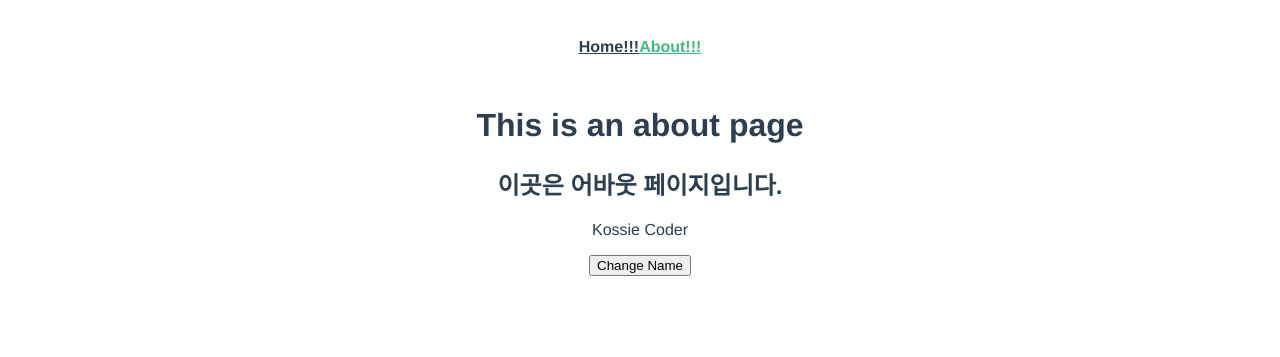
Repository: RyuGeunHwan/code_J
Page: /about (app in vue-router/)
These files come from the project's save history. The page is drawn as it stood at one moment and after a run of saves; the edit follows.
The browser window is 1280 px wide. The pictures show the whole page.
The project was rebuilt for these pictures with package versions that can differ from the ones it lists, and the page was loaded fresh each time. Also part of the build but not shown: vue-router/src/views/Home.vue.

Above is the page before, as saved 2022-08-19 16:21:34.

### vue-router/src/main.js
import Vue from 'vue'
import App from './App.vue'
import router from './router'
import store from './store'

Vue.config.productionTip = false


//Vue 인스턴스 생성
new Vue({
  router,
  store,
  render: h => h(App)
}).$mount('#app')

### vue-router/src/App.vue
<template>
  <div id="app">
    <div id="nav">
      <!-- 라우터로 설정한 경로는 /router/index.js페이지에서 확인할 수 있다. -->
      <!-- 라우터를 사용해서 페이지 이동을 하려면 router-link 태그를 사용하여 to="" 속성으로 경로(index.js에서 설정한 경로)를 입력해서 페이지 이동 -->
      <!-- a태그보다 router-link태그를 선호한다. => a태그 : 리로드 O <-> router-link : 리로드 X-->
      <router-link to="/">Home!!!</router-link>
      <router-link to="/about">About!!!</router-link>
    </div>
    <router-view/><!-- 라우터 사용 설정 -->
  </div>
</template>

<style>
#app {
  font-family: Avenir, Helvetica, Arial, sans-serif;
  -webkit-font-smoothing: antialiased;
  -moz-osx-font-smoothing: grayscale;
  text-align: center;
  color: #2c3e50;
}

#nav {
  padding: 30px;
}

#nav a {
  font-weight: bold;
  color: #2c3e50;
}

#nav a.router-link-exact-active {
  color: #42b983;
}
</style>

### vue-router/src/router/index.js
import Vue from 'vue'
import VueRouter from 'vue-router'
import Home from '../views/Home.vue'

// VueRouter를 사용한다고 설정
Vue.use(VueRouter)


//Router 설정 start
const routes = [
  {
    //path : 브라우저에서 URL에 들어가는 경로 ex) http://localhost:8080/
    path: '/',
    name: 'Home',
    // component : import한 component를 사용할 수 있게끔 넣어주는것.
    component: Home
  },
  {
    //path : 브라우저에서 URL에 들어가는 경로 ex) http://localhost:8080/about
    path: '/about',
    name: 'About',
    // route level code-splitting
    // this generates a separate chunk (about.[hash].js) for this route
    // which is lazy-loaded when the route is visited.

    // 전역으로 import하지 않고 About.vue를 불러옴과 동시에 component를 넣었다.
    component: () => import(/* webpackChunkName: "about" */ '../views/About.vue')
  }
]

const router = new VueRouter({
  mode: 'history',
  base: process.env.BASE_URL,
  routes
})

export default router

### vue-router/src/views/About.vue
<template>
  <div class="about">
    <h1>This is an about page</h1>
    <h2>이곳은 어바웃 페이지입니다.</h2>
    <KossieCoder/>
  </div>
</template>

<script>
import KossieCoder from '@/components/KossieCoder.vue';

export default {
  components:{
    KossieCoder
  }
}
</script>

### vue-router/src/components/KossieCoder.vue
<template>
    <div>
        <p>{{  name  }}</p>
        <button @click="updateName">Change Name</button>
    </div>
</template>

<script>
export default {
    data(){
        return{
            name : 'Kossie Coder'
        }
    },
    methods: {
        updateName(){
            this.name = 'Kossie Coder Updated'
        }
    }

}
</script>

<style scoped>

</style>

Loaded but not shown: vue-router/public/index.html (common file); vue-router/src/store/index.js (common file)

After the next 4 saves:
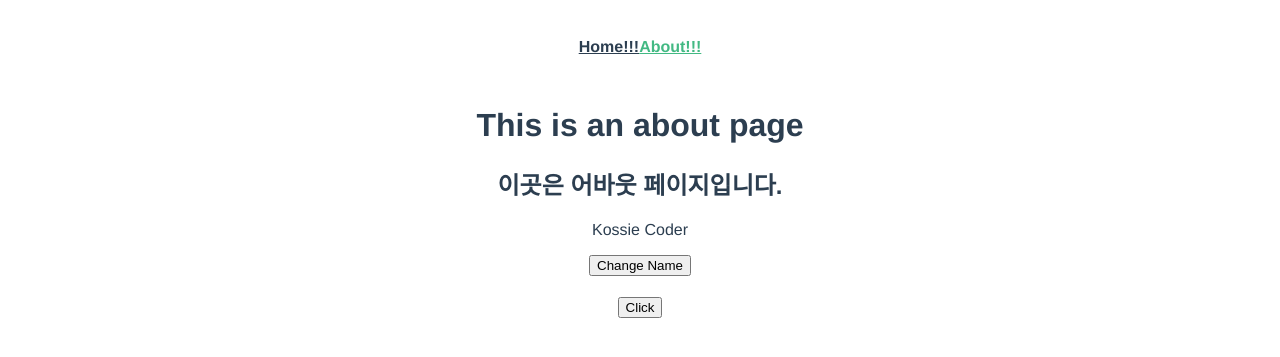
The 4 saves are shown as one change because 3 did not build or start.
The last was saved 36 min 14 s later.
--- a/vue-router/src/views/About.vue
+++ b/vue-router/src/views/About.vue
@@ -3,6 +3,8 @@
     <h1>This is an about page</h1>
     <h2>이곳은 어바웃 페이지입니다.</h2>
     <KossieCoder/>
+    <h1>{{message}}</h1>
+    <button @click="changeName">Click</button>
   </div>
 </template>
 
@@ -12,6 +14,30 @@ import KossieCoder from '@/components/KossieCoder.vue';
 export default {
   components:{
     KossieCoder
+  },
+  name : 'App',
+  data(){
+    return{
+      firstName : 'Ryu',
+      lastName : 'geunhwan',
+    };
+  },
+  methods : {
+    changeName(){
+      this.fullName = "nin ano";
+    }
+  },
+  computed:{
+    fullName: {
+        get:function(){
+          console.log('3번');
+          return this.firstName+''+this.lastName;
+        },
+        set: function(newValue){
+          var parts = newValue.split
+        }
+      }
+    }
   }
-}
+
 </script>
